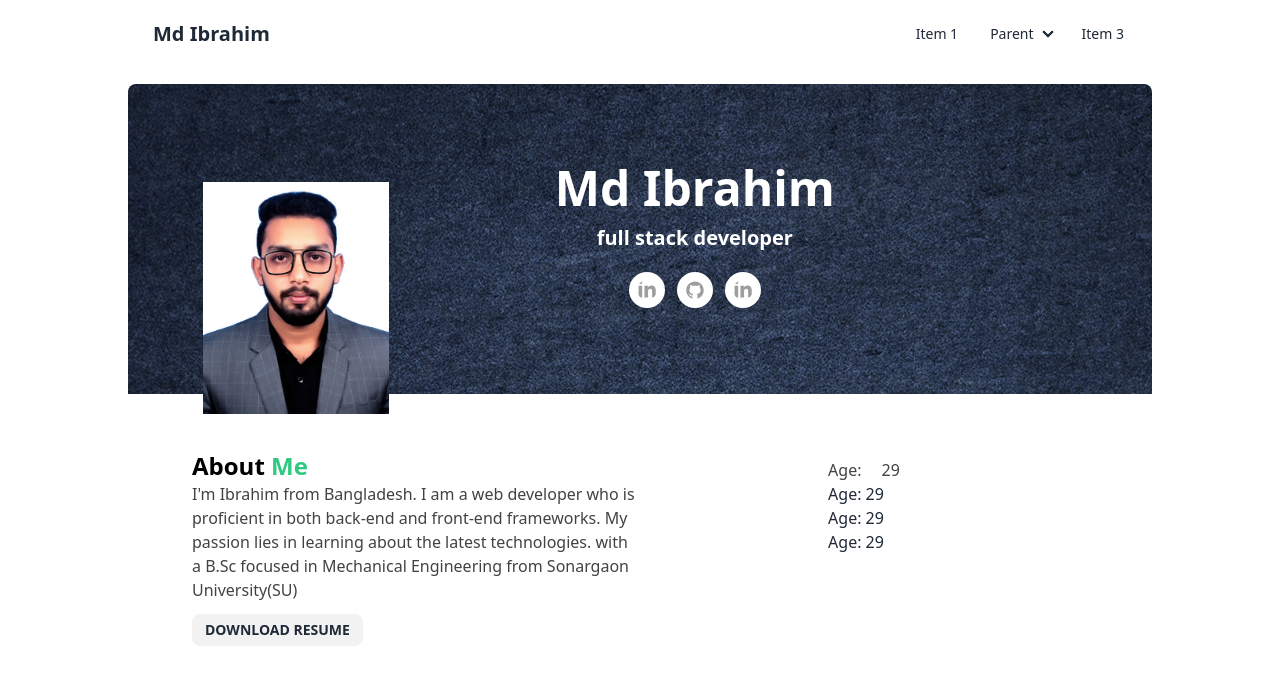
Repository: mdrubel02/portfilo
Page: /
The author's editor kept a copy of each file at every save. The page is drawn from the files as they stood at one save, then again after the next save.
The browser window is 1280 px wide. The pictures show the whole page.
The project was rebuilt for these pictures with package versions that can differ from the ones it lists, and the page was loaded fresh each time. Also part of the build but not shown: vite.config.js.

Above is the page before, as saved 2023-06-25 16:57:46.

### src/main.jsx
import React from 'react'
import ReactDOM from 'react-dom/client'
import './index.css'
import { RouterProvider } from 'react-router-dom'
import router from './Layout/routes'



ReactDOM.createRoot(document.getElementById('root')).render(
  <React.StrictMode>
    <div className='max-w-screen-lg mx-auto'>
      <RouterProvider router={router} />
    </div>
  </React.StrictMode>,
)

### src/index.css
@import url("https://fonts.googleapis.com/css2?family=Poppins&display=swap");

@tailwind base;
@tailwind components;
@tailwind utilities;

### src/Layout/routes.jsx
import { createBrowserRouter } from "react-router-dom";
import Main from "./Main";
import Home from "../Pages/Home/Home";


const router = createBrowserRouter([
  {
    path: "/",
    element: <Main />,
    children: [
      { path: '/', element: <Home /> },
      { path: '/home', element: <Home /> }
    ]
  }
]);

export default router;

### src/Layout/Main.jsx
import React from 'react';
import Navbar from '../Shared/Navbar/Navbar';
import { Outlet } from 'react-router-dom';

const Main = () => {
    return (
        <div className=''>
            <Navbar />
            <Outlet />
        </div>
    );
};

export default Main;

### src/Pages/Home/Home.jsx
import React from 'react';
import profile from '../../assets/nayeem.jpg'
import banner from '../../assets/background-image.jpg'
import { FaLinkedinIn } from 'react-icons/fa';
import { AiFillGithub } from 'react-icons/ai';
import Me from './me';


const Home = () => {
    const user = ['#9e9e9e']
    return (
        <div className='mt-3 '>
            <div
                style={{ backgroundImage: `url(${banner})` }}
                className='lg:h-[310px] max-[600px]:h-[500px] relative rounded-t-lg'>
                <div className='lg:flex mt-4'>
                    <div className='lg:w-5/12 flex justify-center items-center '>
                        <img className=' lg:h-3/4 max-[600px]:h-60 lg:absolute lg:bottom-[-20px] lg:left-[75px] mt-9 ' src={profile} alt="profile" />
                    </div>
                    <div className='lg:w-1/2 flex lg:justify-start  items-center max-[600px]:justify-center max-[600px]:mt-[-20px]'>
                        <div className='mt-20 w-auto'>
                            <h3 className='text-5xl text-white font-extrabold font-sans tracking-normal'>Md Ibrahim</h3>
                            <p className='text-center mt-3 text-xl text-white font-bold font-poppins'>full stack developer</p>
                            <div className='mt-5 flex justify-center items-center'>
                                <span className='' ><FaLinkedinIn className='text-[#9e9e9e]  bg-white h-9 w-9 rounded-[50%] p-2 text-1xl cursor-pointer' /></span>
                                <span className='' ><AiFillGithub className='text-[#9e9e9e]  bg-white h-9 w-9 rounded-[50%] p-2 text-1xl cursor-pointer ms-3' /></span>
                                <span className='' ><FaLinkedinIn className='text-[#9e9e9e]  bg-white h-9 w-9 rounded-[50%] p-2 text-1xl cursor-pointer ms-3' /></span>
                            </div>
                        </div>
                    </div>
                </div>
            </div>
            <div className='bg-white'>
                <Me />
            </div>
        </div>
    );
};

export default Home;

### src/Shared/Navbar/Navbar.jsx
import React from 'react';

const Navbar = () => {
    return (
        <div className="navbar bg-base-100 ">
            <div className="navbar-start">
            <div className="dropdown ">
                    <label tabIndex={0} className="btn btn-ghost lg:hidden">
                        <svg xmlns="http://www.w3.org/2000/svg" className="h-5 w-5" fill="none" viewBox="0 0 24 24" stroke="currentColor"><path strokeLinecap="round" strokeLinejoin="round" strokeWidth="2" d="M4 6h16M4 12h8m-8 6h16" /></svg>
                    </label>
                    <ul tabIndex={0} className="menu menu-sm dropdown-content mt-3 z-[1] p-2 shadow bg-base-100 rounded-box w-52">
                        <li><a>Item 1</a></li>
                        <li>
                            <a>Parent</a>
                            <ul className="p-2">
                                <li><a>Submenu 1</a></li>
                                <li><a>Submenu 2</a></li>
                            </ul>
                        </li>
                        <li><a>Item 3</a></li>
                    </ul>
                </div>
                <a className="btn btn-ghost normal-case text-xl">Md Ibrahim</a>
            </div>
            <div className="navbar-end hidden lg:flex">
                <ul className="menu menu-horizontal px-1">
                    <li><a>Item 1</a></li>
                    <li tabIndex={0}>
                        <details>
                            <summary>Parent</summary>
                            <ul className="p-2">
                                <li><a>Submenu 1</a></li>
                                <li><a>Submenu 2</a></li>
                            </ul>
                        </details>
                    </li>
                    <li><a>Item 3</a></li>
                </ul>
            </div>


        </div>
    );
};

export default Navbar;

### src/Pages/Home/me.jsx
import React from 'react';

const me = () => {
    return (
        <section className='max-w-4xl mx-auto'>
            <div className='flex flex-col md:flex-row'>
                <div className='md:w-3/6 mt-14'>
                    <h2 className='text-2xl font-bold font-poppins text-black'>About <span className='text-[#2eca7f]'>Me</span></h2>
                    <p className='text-[#424242] mb-3'>I'm Ibrahim from Bangladesh. I am a web developer who is proficient in both back-end and front-end frameworks. My passion lies in learning about the latest technologies. with a B.Sc focused in Mechanical Engineering from Sonargaon University(SU)</p>
                    <button className='btn btn-sm mb-3'>Download resume</button>
                </div>
                <div className='md:w-3/6 lg:mt-16 flex justify-evenly'>
                    <div>
                        <h4 className='text-[#424242] '>Age: <span className='ms-4'>29</span></h4>
                        <h4 className=''>Age: <span>29</span></h4>
                        <h4 className=''>Age: <span>29</span></h4>
                        <h4 className=''>Age: <span>29</span></h4>
                    </div>
                </div>
            </div>
        </section>
    );
};

export default me;

Loaded but not shown: index.html (common file); tailwind.config.js (common file)

After the next save:
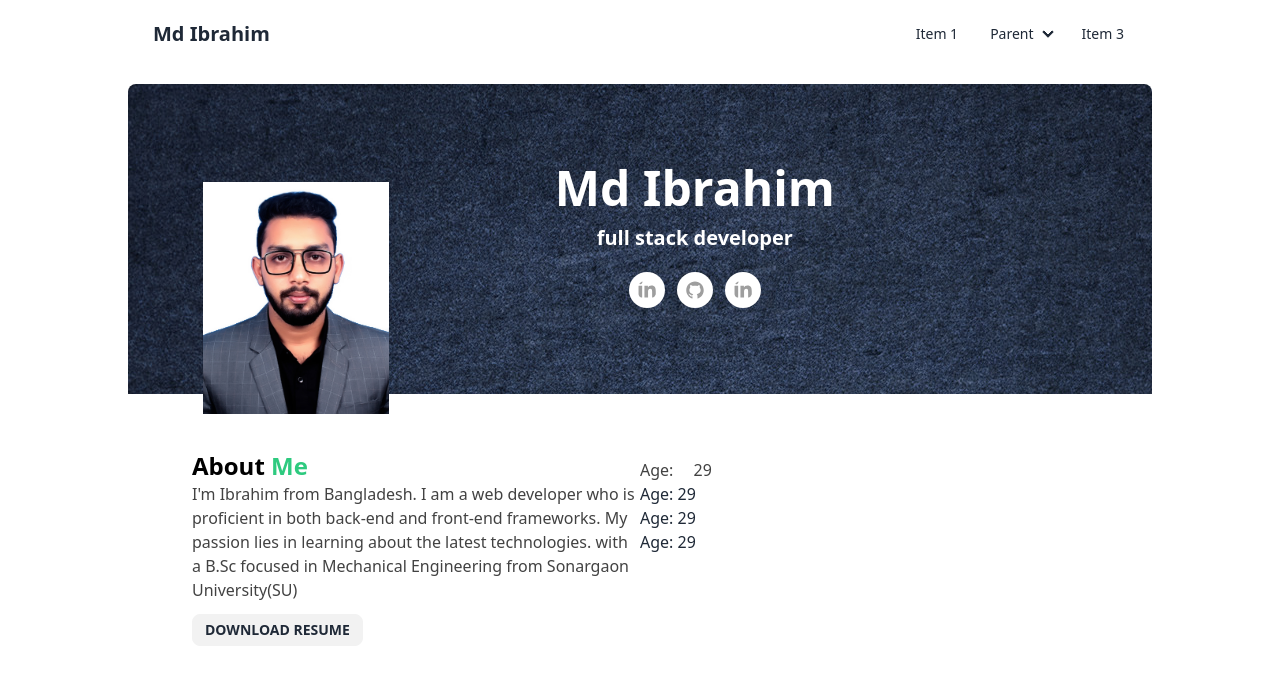
Saved 55 s later.
--- a/src/Pages/Home/me.jsx
+++ b/src/Pages/Home/me.jsx
@@ -9,7 +9,7 @@ const me = () => {
                     <p className='text-[#424242] mb-3'>I'm Ibrahim from Bangladesh. I am a web developer who is proficient in both back-end and front-end frameworks. My passion lies in learning about the latest technologies. with a B.Sc focused in Mechanical Engineering from Sonargaon University(SU)</p>
                     <button className='btn btn-sm mb-3'>Download resume</button>
                 </div>
-                <div className='md:w-3/6 lg:mt-16 flex justify-evenly'>
+                <div className='md:w-3/6 lg:mt-16 max-[600px]:ms-4'>
                     <div>
                         <h4 className='text-[#424242] '>Age: <span className='ms-4'>29</span></h4>
                         <h4 className=''>Age: <span>29</span></h4>
